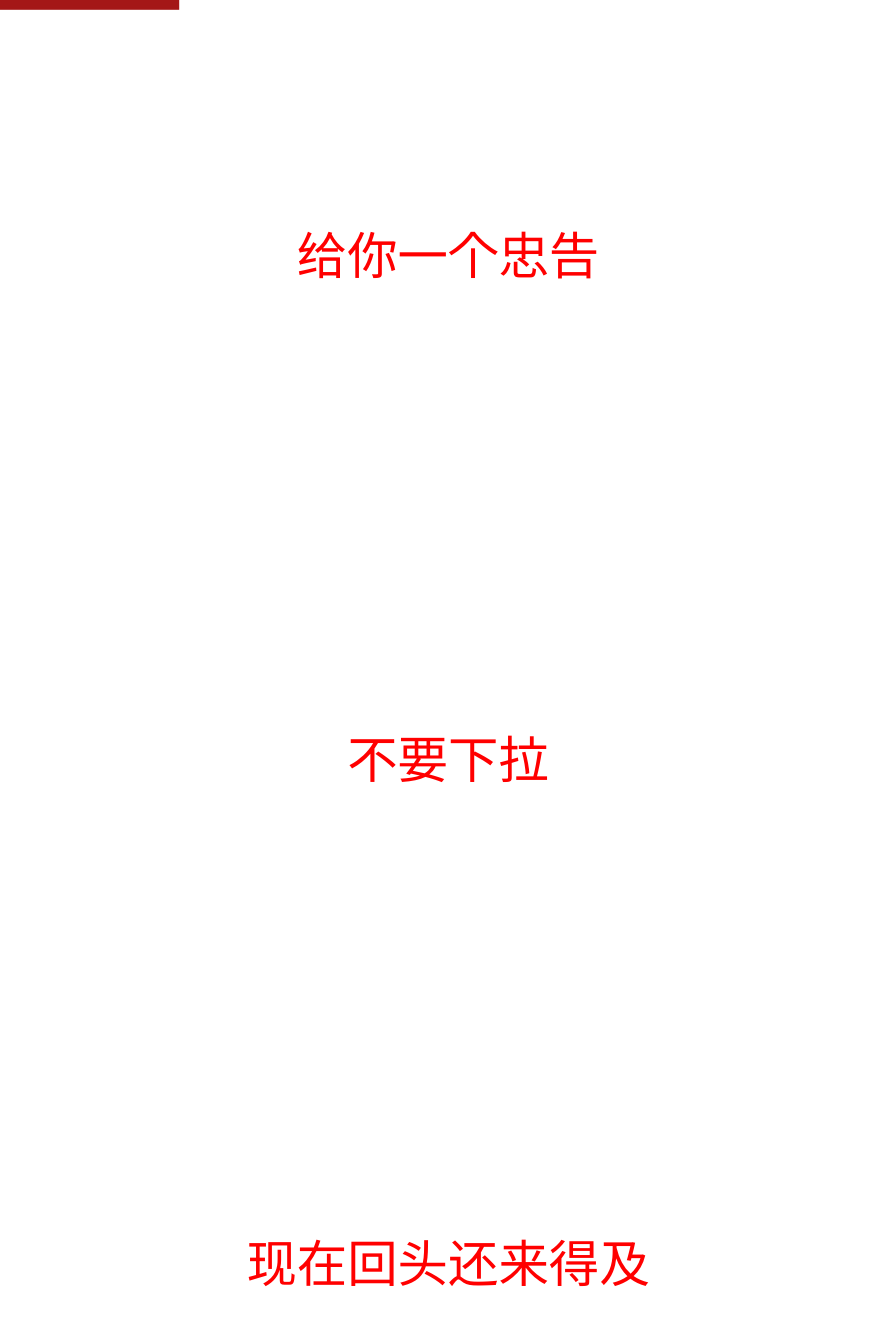
Repository: PUYIXIU/CSSMagic
Page: Animation/ScrollDrivenAnimation/index.html
These files come from the project's save history. The page is drawn as it stood at one moment and after a run of saves; the edit follows.
The browser window is 1280 px wide. The pictures show the part of the page from y = 0 to 1920 px (the page is 12240 px tall), at 70% of full size.
Some web fonts or font styles are not loaded; a fallback is used.

Above is the page before, as saved 2024-09-03 10:43:29.

After the next 2 saves:
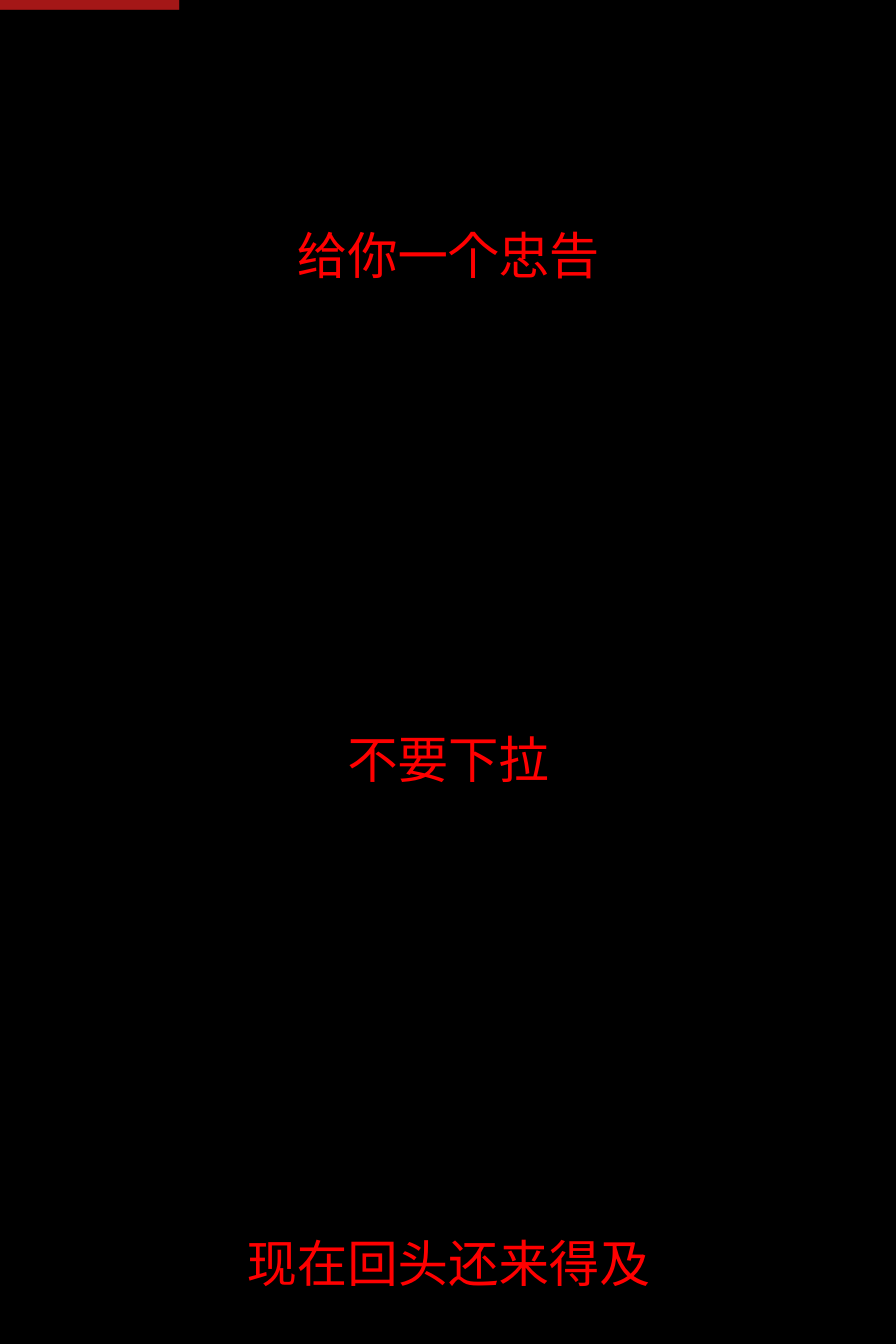
The 2 saves are shown as one change because they came seconds apart.
The last was saved 7 s later.
--- a/Animation/ScrollDrivenAnimation/index.html
+++ b/Animation/ScrollDrivenAnimation/index.html
@@ -9,6 +9,7 @@
     <style>
         body{
             position:relative;
+            background-color: #000;
         }
         .progress-bar{
             height:2vmin;
